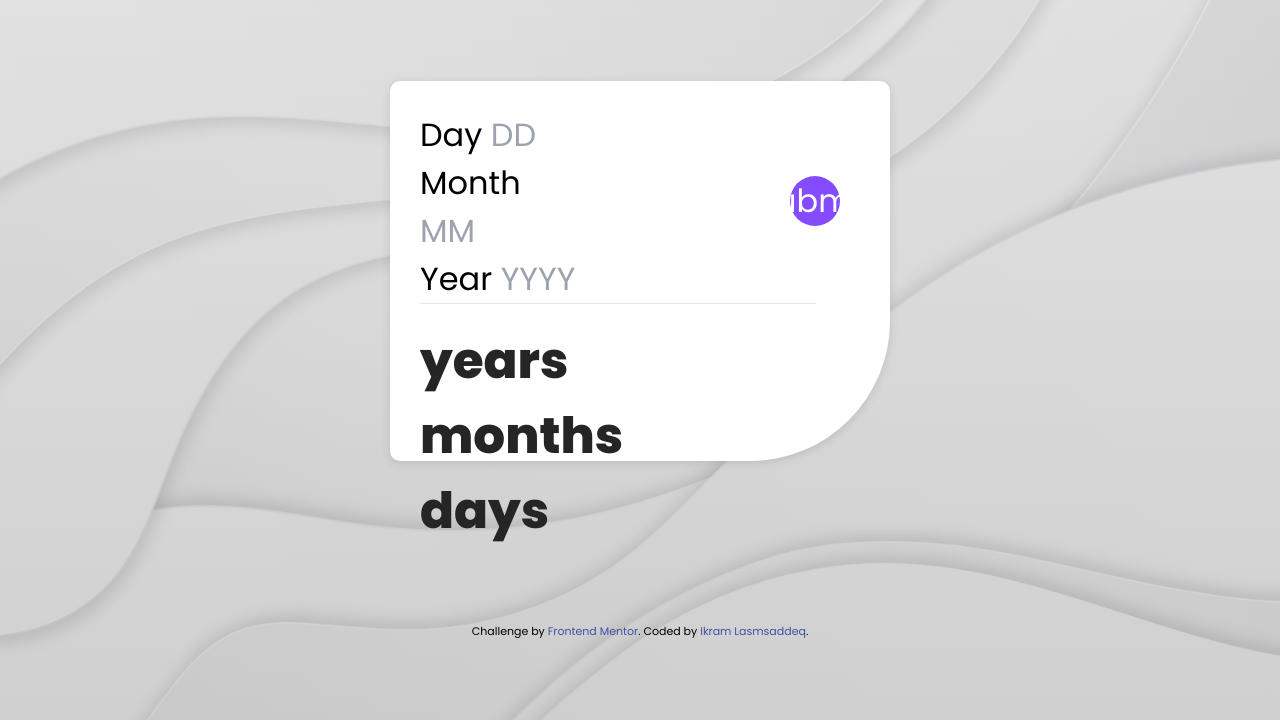
Repository: ikram-lisa/age-display
Page: /
An editor plug-in stored every save of this project. The page is shown before and after the next save, followed by the edit.
The browser window is 1280 px wide. The pictures show the whole page.
Some web libraries are served in a nearby version. The project was rebuilt for these pictures with package versions that can differ from the ones it lists, and the page was loaded fresh each time.

Above is the page before, as saved 2024-05-01 15:58:06.

After the next save:
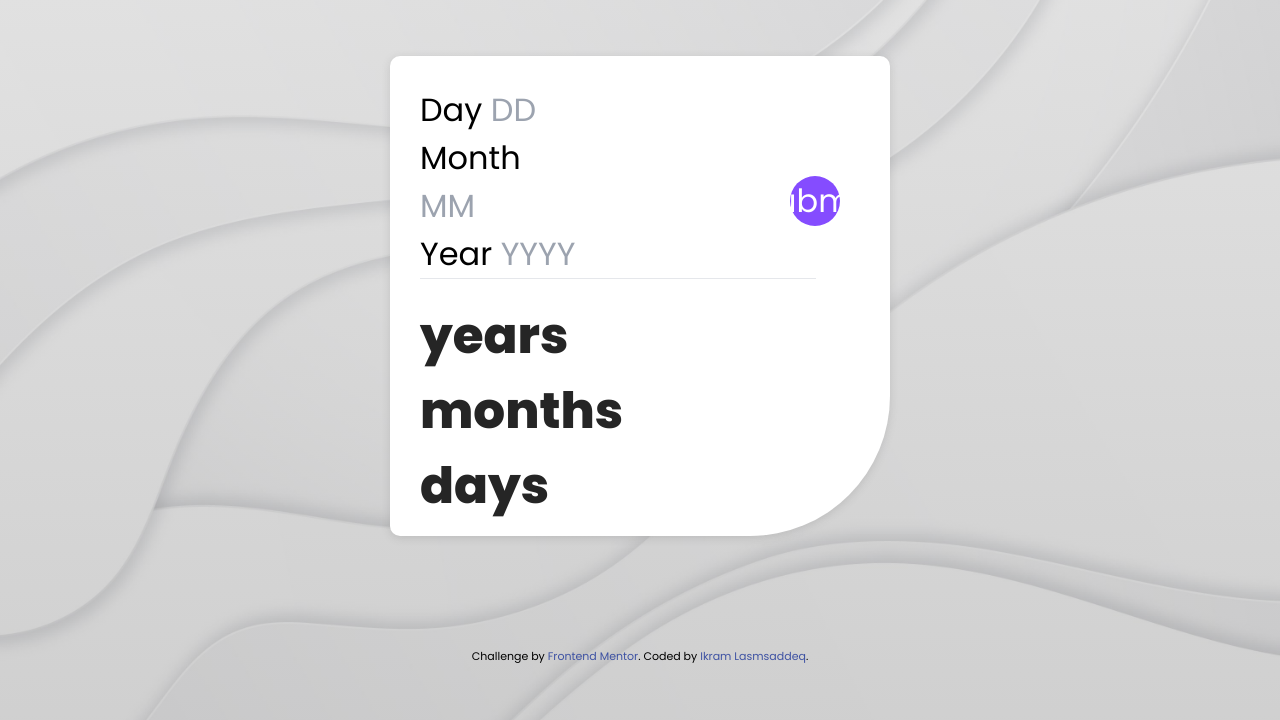
Saved 2 min 19 s later.
--- a/css/style.scss
+++ b/css/style.scss
@@ -29,7 +29,7 @@ body {
   width: 40%;
   min-width: 480px;
   max-width: 500px;
-  height: 380px;
+  height: 480px;
   background-color: white;
   border-radius: 10px 10px 140px 10px;
   box-shadow: rgba(99, 99, 99, 0.2) 0px 2px 8px 0px;
